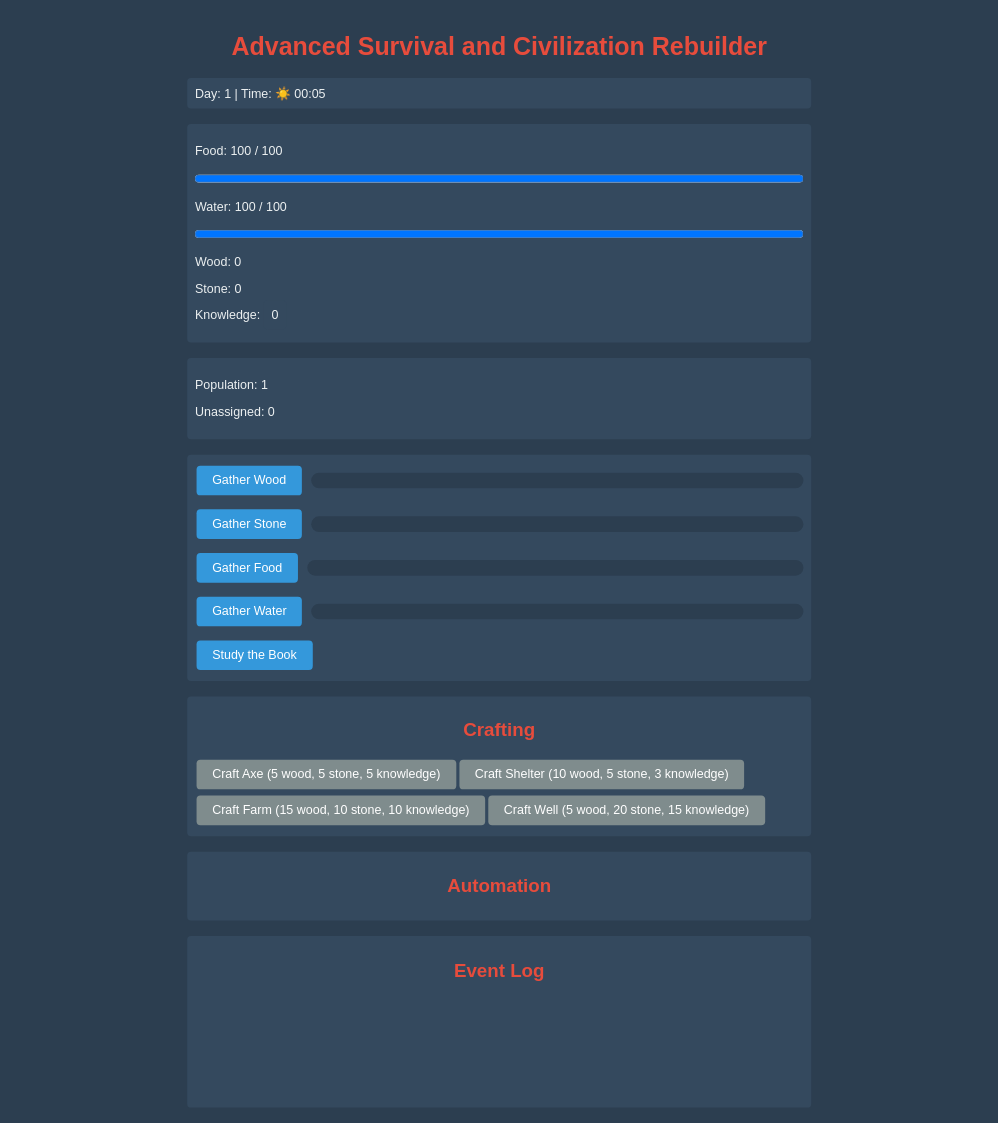
Repository: kingpinzs/afk-post-apocalyptic
Page: index.html
The author's editor kept a copy of each file at every save. The page is drawn from the files as they stood at one save, then again after the next save.
The browser window is 1280 px wide. The pictures show the whole page, at 78% of full size.

Above is the page before, as saved 2024-09-10 09:04:38.

### index.html
<!DOCTYPE html>
<html lang="en">
<head>
    <meta charset="UTF-8">
    <meta name="viewport" content="width=device-width, initial-scale=1.0">
    <title>Advanced Survival and Civilization Rebuilder</title>
    <link rel="stylesheet" href="styles.css">
</head>
<body>
    <div id="game-container">
        <h1>Advanced Survival and Civilization Rebuilder</h1>
        <div id="day-night-cycle">
            Day: <span id="day-count">1</span> | Time: <span id="time-emoji">🌅</span> <span id="time-display">00:00</span>
        </div>
        <div id="resources">
            <p>Food: <span id="food">100</span> / 100</p>
            <progress id="food-bar" value="100" max="100"></progress>
            <p>Water: <span id="water">100</span> / 100</p>
            <progress id="water-bar" value="100" max="100"></progress>
            <p>Wood: <span id="wood">0</span></p>
            <p>Stone: <span id="stone">0</span></p>
            <p>Knowledge: <span id="knowledge">0</span></p>
        </div>
        <div id="population">
            <p>Population: <span id="population-count">1</span></p>
            <p>Unassigned: <span id="unassigned-population">0</span></p>
        </div>
        <div id="actions">
            <div class="gather-action">
                <button id="gather-wood">Gather Wood</button>
                <div class="progress-bar-container">
                    <div id="wood-progress-bar" class="progress-bar"></div>
                </div>
            </div>
            <div class="gather-action">
                <button id="gather-stone">Gather Stone</button>
                <div class="progress-bar-container">
                    <div id="stone-progress-bar" class="progress-bar"></div>
                </div>
            </div>
            <div class="gather-action">
                <button id="gather-food">Gather Food</button>
                <div class="progress-bar-container">
                    <div id="food-progress-bar" class="progress-bar"></div>
                </div>
            </div>
            <div class="gather-action">
                <button id="gather-water">Gather Water</button>
                <div class="progress-bar-container">
                    <div id="water-progress-bar" class="progress-bar"></div>
                </div>
            </div>
            <button id="study">Study the Book</button>
        </div>
        <div id="crafting">
            <h2>Crafting</h2>
            <div id="craftable-items"></div>
        </div>
        <div id="automation">
            <h2>Automation</h2>
            <div id="automation-controls"></div>
        </div>
        <div id="log">
            <h2>Event Log</h2>
            <ul id="event-log"></ul>
        </div>
    </div>

    <div id="puzzle-popup" class="popup">
        <h2 id="puzzle-title"></h2>
        <p id="puzzle-description"></p>
        <input type="text" id="puzzle-answer" placeholder="Enter your answer">
        <button id="submit-puzzle">Submit Answer</button>
    </div>

    <script type="module" src="game.js"></script>
</body>
</html>

### styles.css
body {
    font-family: Arial, sans-serif;
    background-color: #2c3e50;
    color: #ecf0f1;
    margin: 0;
    padding: 0;
}

#game-container {
    max-width: 800px;
    margin: 0 auto;
    padding: 20px;
}

h1, h2 {
    text-align: center;
    color: #e74c3c;
}

#day-night-cycle, #resources, #actions, #crafting, #knowledge, #population, #automation {
    background-color: #34495e;
    border-radius: 5px;
    padding: 10px;
    margin-bottom: 20px;
}

button {
    background-color: #3498db;
    border: none;
    color: white;
    padding: 10px 20px;
    text-align: center;
    text-decoration: none;
    display: inline-block;
    font-size: 16px;
    margin: 4px 2px;
    cursor: pointer;
    border-radius: 5px;
    transition: background-color 0.3s;
}

button:hover {
    background-color: #2980b9;
}

button:disabled {
    background-color: #7f8c8d;
    cursor: not-allowed;
}

#log {
    background-color: #34495e;
    border-radius: 5px;
    padding: 10px;
    height: 200px;
    overflow-y: scroll;
}

#event-log {
    list-style-type: none;
    padding: 0;
}

#event-log li {
    margin-bottom: 5px;
}

progress {
    width: 100%;
    height: 20px;
}

.popup {
    display: none;
    position: fixed;
    top: 50%;
    left: 50%;
    transform: translate(-50%, -50%);
    background-color: #34495e;
    padding: 20px;
    border-radius: 5px;
    z-index: 1000;
}

.popup input {
    width: 100%;
    padding: 5px;
    margin-top: 10px;
}

.popup button {
    margin-top: 10px;
}

.gather-action {
    display: flex;
    align-items: center;
    margin-bottom: 10px;
}

.progress-bar-container {
    flex-grow: 1;
    height: 20px;
    background-color: #2c3e50;
    margin-left: 10px;
    border-radius: 10px;
    overflow: hidden;
}

.progress-bar {
    width: 0;
    height: 100%;
    background-color: #27ae60;
    transition: width 0.1s linear;
}

### game.js
// game.js

import { gameState, CONSTANTS, loadKnowledgeData } from './gameState.js';
import { updateDisplay, updateTimeDisplay, updateTimeEmoji, logEvent } from './ui.js';
import { gatherResource, consumeResources, produceResources, checkPopulationGrowth, study } from './resources.js';
import { updateCraftableItems, submitPuzzleAnswer, showPuzzle } from './crafting.js';
import { updateAutomationControls } from './automation.js';

function initializeGame() {
    loadKnowledgeData().then(() => {
        updateCraftableItems();
        updateAutomationControls();
    });

    // Event listeners
    document.getElementById('gather-wood').addEventListener('click', () => gatherResource('wood'));
    document.getElementById('gather-stone').addEventListener('click', () => gatherResource('stone'));
    document.getElementById('gather-food').addEventListener('click', () => gatherResource('food'));
    document.getElementById('gather-water').addEventListener('click', () => gatherResource('water'));
    document.getElementById('study').addEventListener('click', study);
    document.getElementById('submit-puzzle').addEventListener('click', submitPuzzleAnswer);

    // Start game loop
    setInterval(gameLoop, 1000); // Update every second
}

function gameLoop() {
    updateTime();
    if (gameState.time === 0) { // Start of a new day
        consumeResources();
        produceResources();
        checkPopulationGrowth();
    }
    checkSurvival();
    updateDisplay();
}

function updateTime() {
    gameState.time = (gameState.time + 1) % (CONSTANTS.DAY_LENGTH * 60);
    if (gameState.time === 0) {
        gameState.day += 1;
    }
    updateTimeEmoji();
    updateTimeDisplay();
}

function checkSurvival() {
    if (gameState.food <= 0 || gameState.water <= 0) {
        alert('Game Over! Your population did not survive.');
        resetGame();
    }
}

function resetGame() {
    Object.assign(gameState, {
        food: 100,
        water: 100,
        wood: 0,
        stone: 0,
        knowledge: 0,
        population: 1,
        unassignedPopulation: 0,
        day: 1,
        time: 0,
        craftedItems: {},
        automationAssignments: {}
    });
    updateDisplay();
    updateCraftableItems();
    updateAutomationControls();
}

// Initialize the game
initializeGame();

### gameState.js
// gameState.js

export const gameState = {
    food: 100,
    water: 100,
    wood: 0,
    stone: 0,
    knowledge: 0,
    population: 1,
    unassignedPopulation: 0,
    day: 1,
    time: 0,
    craftedItems: {},
    automationAssignments: {}
};

export const CONSTANTS = {
    DAY_LENGTH: 10, // 10 minutes per day
    DAY_PHASE: 5, // 5 minutes of daylight
    POPULATION_THRESHOLD: 50 // Resources required for population growth
};

export let knowledgeData;

export function loadKnowledgeData() {
    return fetch('knowledge_data.json')
        .then(response => response.json())
        .then(data => {
            knowledgeData = data;
        });
}

### ui.js
// ui.js

import { gameState, CONSTANTS, knowledgeData } from './gameState.js';

export function updateDisplay() {
    document.getElementById('food').textContent = Math.floor(gameState.food);
    document.getElementById('water').textContent = Math.floor(gameState.water);
    document.getElementById('wood').textContent = gameState.wood;
    document.getElementById('stone').textContent = gameState.stone;
    document.getElementById('knowledge').textContent = gameState.knowledge;
    document.getElementById('food-bar').value = gameState.food;
    document.getElementById('water-bar').value = gameState.water;
    document.getElementById('population-count').textContent = gameState.population;
    document.getElementById('unassigned-population').textContent = gameState.unassignedPopulation;
    document.getElementById('day-count').textContent = gameState.day;
}

export function updateTimeDisplay() {
    const hours = Math.floor(gameState.time / 60);
    const minutes = gameState.time % 60;
    document.getElementById('time-display').textContent = `${hours.toString().padStart(2, '0')}:${minutes.toString().padStart(2, '0')}`;
}

export function updateTimeEmoji() {
    const timeEmojiElement = document.getElementById('time-emoji');
    if (gameState.time < CONSTANTS.DAY_PHASE * 60) {
        timeEmojiElement.textContent = '☀️';
    } else {
        timeEmojiElement.textContent = '🌙';
    }
}

export function logEvent(message) {
    const eventLog = document.getElementById('event-log');
    const li = document.createElement('li');
    li.textContent = message;
    eventLog.prepend(li);
    if (eventLog.children.length > 5) {
        eventLog.removeChild(eventLog.lastChild);
    }
}

### resources.js
import { gameState, CONSTANTS } from './gameState.js';
import { logEvent, updateDisplay } from './ui.js';
import { updateAutomationControls } from './automation.js';
import { updateCraftableItems } from './crafting.js';

const gatheringTimes = {
    wood: 5000,  // 5 seconds
    stone: 7000, // 7 seconds
    food: 3000,  // 3 seconds
    water: 2000  // 2 seconds
};

const gatheringProgresses = {
    wood: 0,
    stone: 0,
    food: 0,
    water: 0
};

export function gatherResource(resource) {
    const button = document.getElementById(`gather-${resource}`);
    const progressBar = document.getElementById(`${resource}-progress-bar`);

    if (button.disabled) return;  // If already gathering, do nothing

    button.disabled = true;
    let progress = 0;
    const interval = 100;  // Update every 100ms
    const duration = getGatheringTime(resource);

    const progressInterval = setInterval(() => {
        progress += interval;
        const percentage = (progress / duration) * 100;
        progressBar.style.width = `${percentage}%`;

        if (progress >= duration) {
            clearInterval(progressInterval);
            completeGathering(resource);
            button.disabled = false;
            progressBar.style.width = '0%';
        }
    }, interval);
}

function getGatheringTime(resource) {
    let time = gatheringTimes[resource];
    if (resource === 'wood' && gameState.craftedItems.axe) {
        time /= gameState.craftedItems.axe.effect.woodGatheringMultiplier;
    }
    // You can add more modifiers here based on other upgrades or skills
    return time;
}

function completeGathering(resource) {
    let amount = 1;
    if (resource === 'wood' && gameState.craftedItems.axe) {
        amount = gameState.craftedItems.axe.effect.woodGatheringMultiplier;
    }
    gameState[resource] += amount;
    logEvent(`Gathered ${amount} ${resource}.`);
    updateDisplay();
    updateCraftableItems();
}

export function consumeResources() {
    const consumptionRate = gameState.craftedItems.shelter ? 0.5 : 1;
    const foodConsumption = Math.min(gameState.food, consumptionRate * gameState.population);
    const waterConsumption = Math.min(gameState.water, consumptionRate * gameState.population);

    gameState.food -= foodConsumption;
    gameState.water -= waterConsumption;

    logEvent(`Consumed ${foodConsumption.toFixed(1)} food and ${waterConsumption.toFixed(1)} water for the day.`);
}

export function produceResources() {
    if (gameState.craftedItems.farm) {
        const foodProduced = gameState.craftedItems.farm.effect.foodProductionRate * (gameState.automationAssignments.farm || 0);
        gameState.food += foodProduced;
        logEvent(`Farm produced ${foodProduced.toFixed(1)} food.`);
    }
    if (gameState.craftedItems.well) {
        const waterProduced = gameState.craftedItems.well.effect.waterProductionRate * (gameState.automationAssignments.well || 0);
        gameState.water += waterProduced;
        logEvent(`Well produced ${waterProduced.toFixed(1)} water.`);
    }
    gameState.food = Math.min(gameState.food, 100);
    gameState.water = Math.min(gameState.water, 100);
}

export function checkPopulationGrowth() {
    if (gameState.food >= CONSTANTS.POPULATION_THRESHOLD && gameState.water >= CONSTANTS.POPULATION_THRESHOLD) {
        gameState.population += 1;
        gameState.unassignedPopulation += 1;
        gameState.food -= CONSTANTS.POPULATION_THRESHOLD;
        gameState.water -= CONSTANTS.POPULATION_THRESHOLD;
        logEvent("The population has grown! You have a new unassigned worker.");
        updateAutomationControls();
    }
}

export function study() {
    gameState.knowledge += 1;
    logEvent('Studied the book. Gained 1 knowledge point.');
    updateDisplay();
    updateCraftableItems();
}

### crafting.js
// crafting.js

import { gameState, knowledgeData } from './gameState.js';
import { logEvent, updateDisplay } from './ui.js';
import { updateAutomationControls } from './automation.js';

export function updateCraftableItems() {
    const craftableItemsContainer = document.getElementById('craftable-items');
    craftableItemsContainer.innerHTML = '';
    knowledgeData.items.forEach(item => {
        if (!gameState.craftedItems[item.id]) {
            const canCraft = Object.entries(item.requirements).every(([resource, amount]) => gameState[resource] >= amount);
            const button = document.createElement('button');
            button.textContent = `Craft ${item.name} (${Object.entries(item.requirements).map(([resource, amount]) => `${amount} ${resource}`).join(', ')})`;
            button.disabled = !canCraft;
            button.addEventListener('click', () => showPuzzle(item));
            craftableItemsContainer.appendChild(button);
        }
    });
}

export function submitPuzzleAnswer() {
    const puzzlePopup = document.getElementById('puzzle-popup');
    const itemId = puzzlePopup.dataset.itemId;
    const item = knowledgeData.items.find(i => i.id === itemId);
    if (document.getElementById('puzzle-answer').value.toLowerCase() === item.puzzleAnswer.toLowerCase()) {
        craftItem(item);
        puzzlePopup.style.display = 'none';
    } else {
        alert('Incorrect answer. Try again!');
    }
}

function craftItem(item) {
    Object.entries(item.requirements).forEach(([resource, amount]) => {
        gameState[resource] -= amount;
    });
    gameState.craftedItems[item.id] = item;
    logEvent(`Crafted ${item.name}!`);
    updateDisplay();
    updateCraftableItems();
    updateAutomationControls();
}

// Make sure showPuzzle is exported
export function showPuzzle(item) {
    const puzzlePopup = document.getElementById('puzzle-popup');
    document.getElementById('puzzle-title').textContent = `Craft ${item.name}`;
    document.getElementById('puzzle-description').textContent = item.puzzle;
    document.getElementById('puzzle-answer').value = '';
    puzzlePopup.style.display = 'block';
    puzzlePopup.dataset.itemId = item.id;
}

### automation.js
// automation.js

import { gameState } from './gameState.js';
import { updateDisplay } from './ui.js';

export function updateAutomationControls() {
    const automationControlsContainer = document.getElementById('automation-controls');
    automationControlsContainer.innerHTML = '';
    Object.entries(gameState.craftedItems).forEach(([itemId, item]) => {
        if (item.effect.foodProductionRate || item.effect.waterProductionRate) {
            const div = document.createElement('div');
            div.innerHTML = `
                <p>${item.name}: <span id="${itemId}-assigned">0</span> assigned</p>
                <button id="${itemId}-assign">+</button>
                <button id="${itemId}-unassign">-</button>
            `;
            automationControlsContainer.appendChild(div);

            document.getElementById(`${itemId}-assign`).addEventListener('click', () => assignWorker(itemId));
            document.getElementById(`${itemId}-unassign`).addEventListener('click', () => unassignWorker(itemId));
        }
    });
}

function assignWorker(itemId) {
    if (gameState.unassignedPopulation > 0) {
        gameState.automationAssignments[itemId] = (gameState.automationAssignments[itemId] || 0) + 1;
        gameState.unassignedPopulation -= 1;
        updateAutomationDisplay();
    }
}

function unassignWorker(itemId) {
    if (gameState.automationAssignments[itemId] > 0) {
        gameState.automationAssignments[itemId] -= 1;
        gameState.unassignedPopulation += 1;
        updateAutomationDisplay();
    }
}

function updateAutomationDisplay() {
    Object.entries(gameState.automationAssignments).forEach(([itemId, count]) => {
        const assignedElement = document.getElementById(`${itemId}-assigned`);
        if (assignedElement) {
            assignedElement.textContent = count;
        }
    });
    updateDisplay();
}

### knowledge_data.json
{
    "items": [
      {
        "id": "axe",
        "name": "Axe",
        "description": "Improves wood gathering efficiency",
        "requirements": {
          "wood": 5,
          "stone": 5,
          "knowledge": 5
        },
        "puzzle": "What has a handle and a head, but no arms or legs?",
        "puzzleAnswer": "axe",
        "effect": {
          "woodGatheringMultiplier": 2
        }
      },
      {
        "id": "shelter",
        "name": "Shelter",
        "description": "Reduces resource consumption",
        "requirements": {
          "wood": 10,
          "stone": 5,
          "knowledge": 3
        },
        "puzzle": "I keep you safe, I keep you dry, I'm built with care, up toward the sky. What am I?",
        "puzzleAnswer": "shelter",
        "effect": {
          "resourceConsumptionMultiplier": 0.5
        }
      },
      {
        "id": "farm",
        "name": "Farm",
        "description": "Produces food over time",
        "requirements": {
          "wood": 15,
          "stone": 10,
          "knowledge": 10
        },
        "puzzle": "With seeds and soil, sun and rain, I help your food to grow again. What am I?",
        "puzzleAnswer": "farm",
        "effect": {
          "foodProductionRate": 0.1
        }
      },
      {
        "id": "well",
        "name": "Well",
        "description": "Produces water over time",
        "requirements": {
          "wood": 5,
          "stone": 20,
          "knowledge": 15
        },
        "puzzle": "Deep in the earth, I'm built with care, to bring up something vital and rare. What am I?",
        "puzzleAnswer": "well",
        "effect": {
          "waterProductionRate": 0.2
        }
      }
    ]
  }

After the next save:
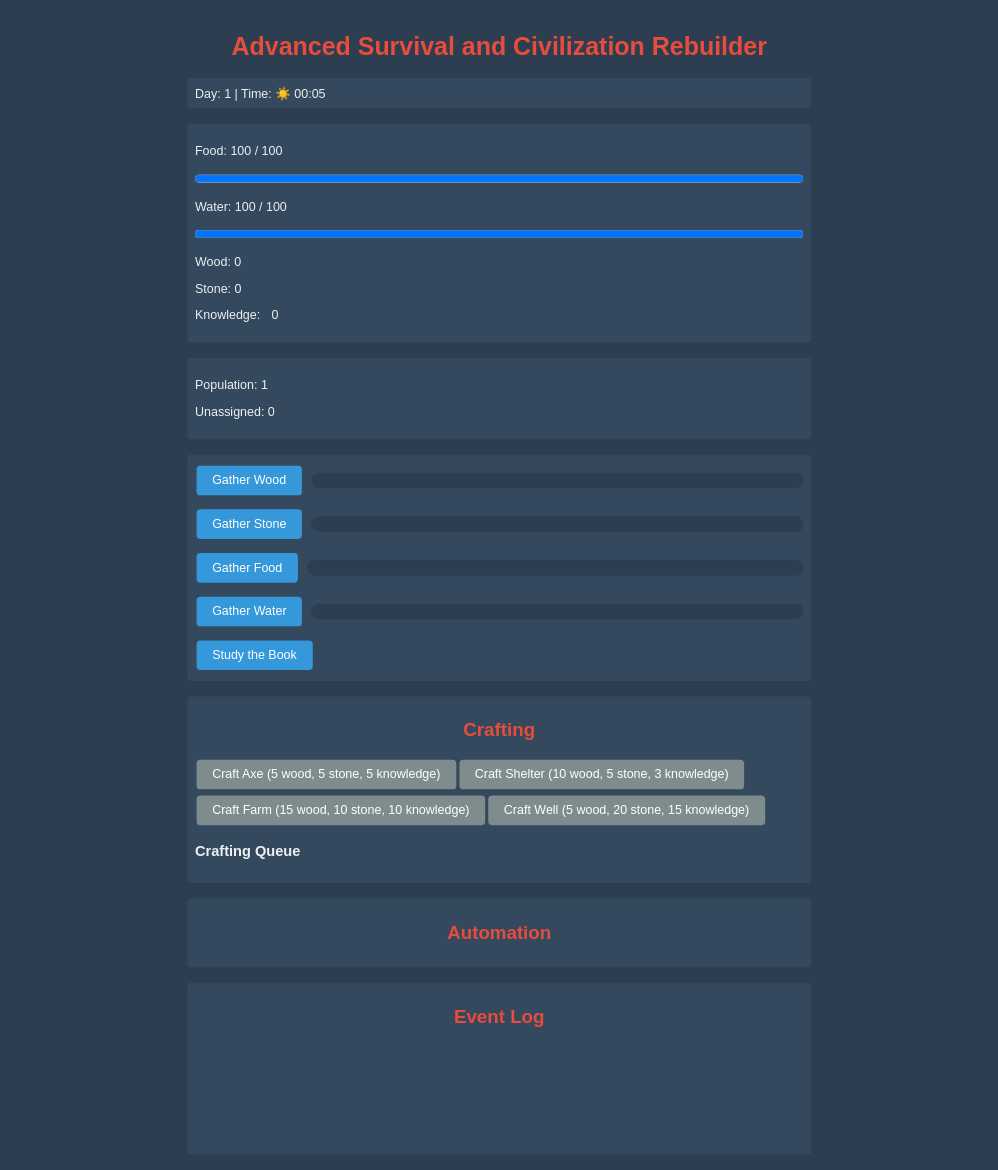
Saved 10 min 34 s later.
--- a/index.html
+++ b/index.html
@@ -55,6 +55,8 @@
         <div id="crafting">
             <h2>Crafting</h2>
             <div id="craftable-items"></div>
+            <h3>Crafting Queue</h3>
+            <div id="crafting-queue"></div>
         </div>
         <div id="automation">
             <h2>Automation</h2>
